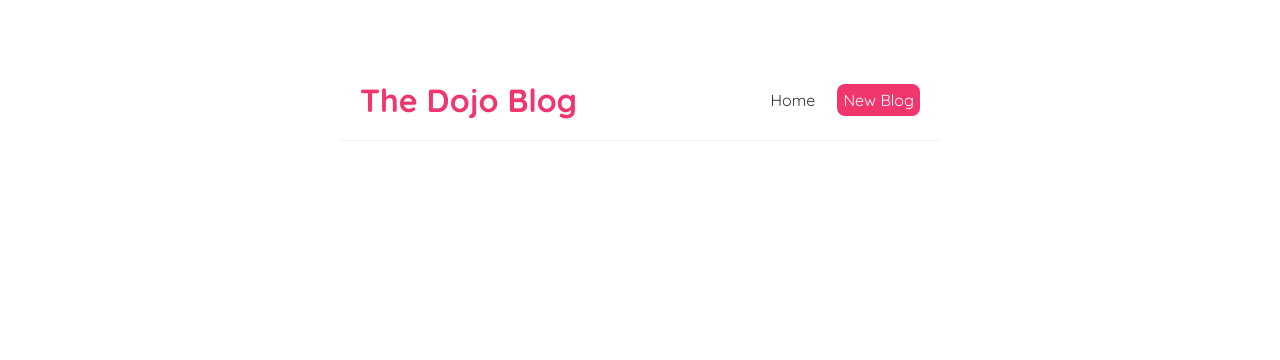
Repository: DESTINYAS/Reactjs
Page: /
These files come from the project's save history. The page is drawn as it stood at one moment and after the next save; the edit follows.
The browser window is 1280 px wide. The pictures show the whole page.
The project was rebuilt for these pictures with package versions that can differ from the ones it lists, and the page was loaded fresh each time.

Above is the page before, as saved 2022-11-29 07:52:48.

### src/index.css
@import url("https://fonts.googleapis.com/css2?family=Quicksand:wght@300;400;500;600;700&display=swap");
/* base styles */
* {
  margin: 0;
  font-family: "Quicksand";
  color: #333;
}
.navbar {
  padding: 20px;
  display: flex;
  align-items: center;
  max-width: 600px;
  margin: 0 auto;
  border-bottom: 1px solid #f2f2f2;
}
.navbar h1 {
  color: #f1356d;
}
.navbar .links {
  margin-left: auto;
}
.navbar a {
  margin-left: 16px;
  text-decoration: none;
  padding: 6px;
}
.navbar a:hover {
  color: #f1356d;
}
.content {
  max-width: 600px;
  margin: 40px auto;
  padding: 20px;
}

### src/App.js
import Navbar from "./Navbar";
import Home from "./Home";

function App() {
  return (
    <div className="App">
      <div className="content">
        <Navbar />
        <Home />
      </div>
    </div>
  );
}

export default App;

### src/Navbar.js
const Navbar = () => {
  return (
    <div className="navbar">
      <h1>The Dojo Blog</h1>
      <div className="links">
        <a href="/">Home</a>
        <a
          href="/create"
          style={{
            color: "white",
            backgroundColor: "#f1356d",
            borderRadius: "8px",
          }}
        >
          New Blog
        </a>
      </div>
    </div>
  );
};

export default Navbar;

### src/Home.js
import { useState } from "react";

const Home = () => {
  const [blogs, setBlogs] = useState([
    { title: "My new website", body: "lorem ipsum...", author: "mario", id: 1 },
    { title: "Welcome party!", body: "lorem ipsum...", author: "yoshi", id: 2 },
    {
      title: "Web dev top tips",
      body: "lorem ipsum...",
      author: "mario",
      id: 3,
    },
  ]);
  return (
    <div className="home">
      {blogs.map((blog) => {
        <div className="blog-preview" key={blog.id}>
          <h1>{blog.title}</h1>
          <p>Written by {blog.author}</p>
        </div>;
      })}
    </div>
  );
};

export default Home;

Loaded but not shown: public/index.html (common file); src/index.js (common file)

After the next save:
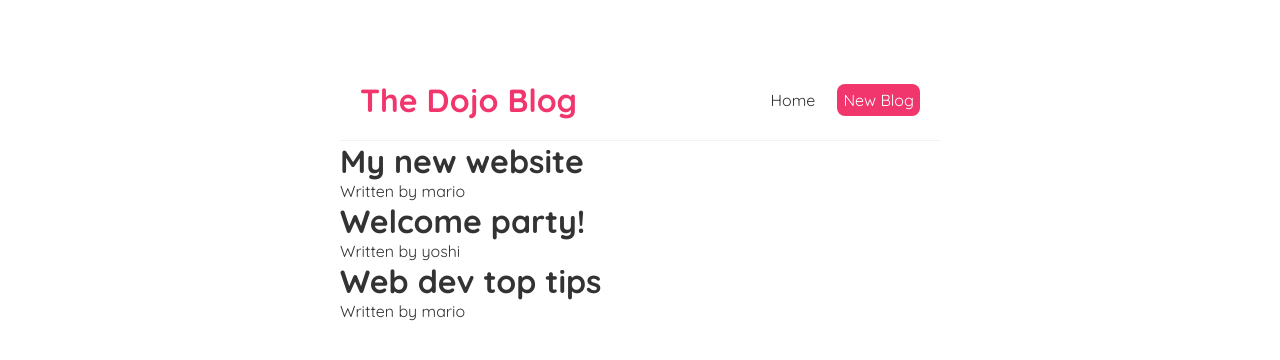
Saved 2 min 4 s later.
--- a/src/Home.js
+++ b/src/Home.js
@@ -13,12 +13,12 @@ const Home = () => {
   ]);
   return (
     <div className="home">
-      {blogs.map((blog) => {
+      {blogs.map((blog) => (
         <div className="blog-preview" key={blog.id}>
           <h1>{blog.title}</h1>
           <p>Written by {blog.author}</p>
-        </div>;
-      })}
+        </div>
+      ))}
     </div>
   );
 };
